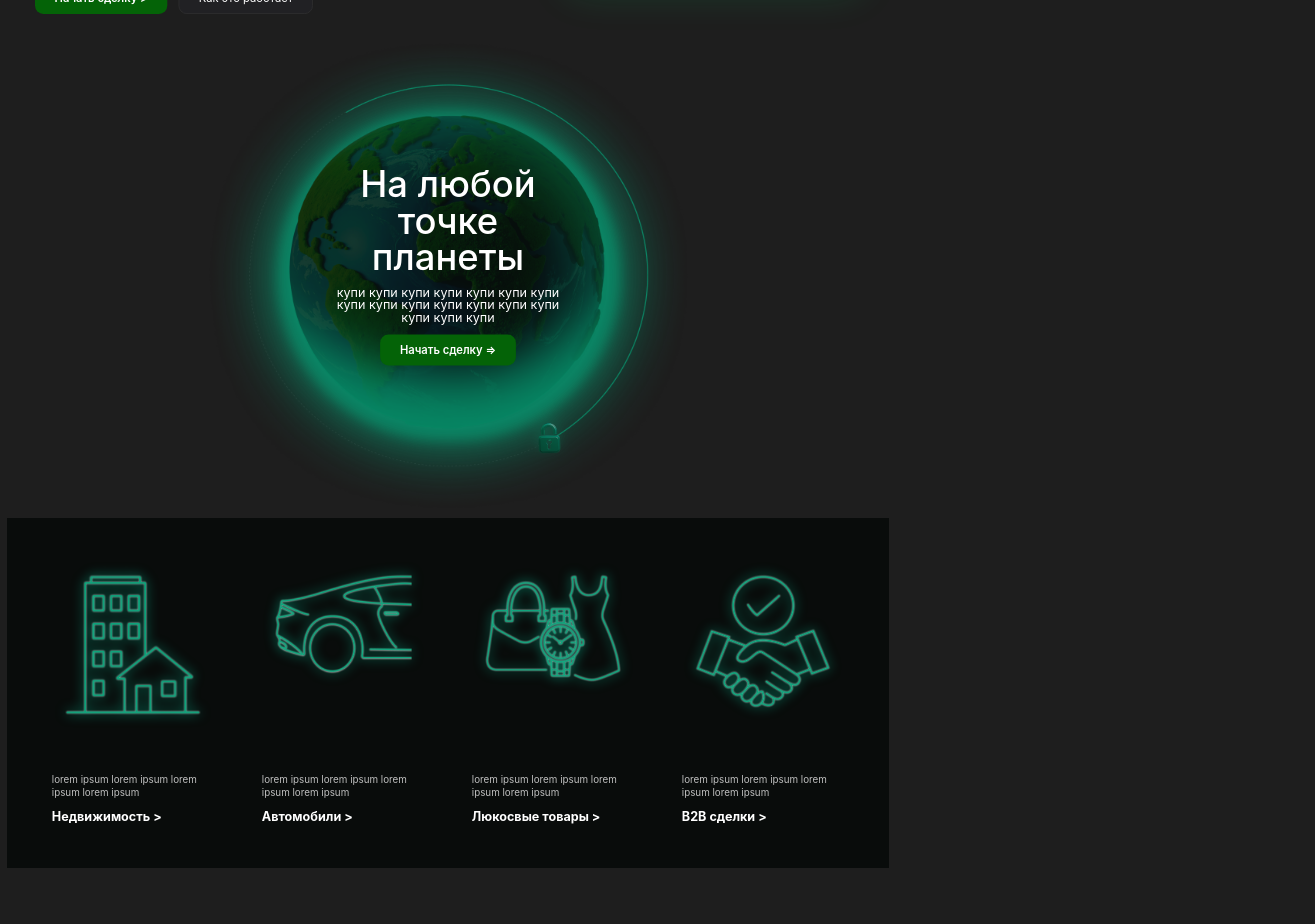
Repository: 1mpuryyyyy/x-port
Page: /x-port/
An editor plug-in stored every save of this project. The page is shown before and after the next save, followed by the edit.
The browser window is 1280 px wide. The page is 1879 px wide, so the pictures cover 1879 px, including what lies to the right of the window. The pictures show the part of the page from y = 2590 to 3910 px (the page is 3910 px tall), at 70% of full size.
The project was rebuilt for these pictures with package versions that can differ from the ones it lists, and the page was loaded fresh each time. Also part of the build but not shown: vite.config.js.

Above is the page before, as saved 2025-10-09 03:18:15.

After the next save:
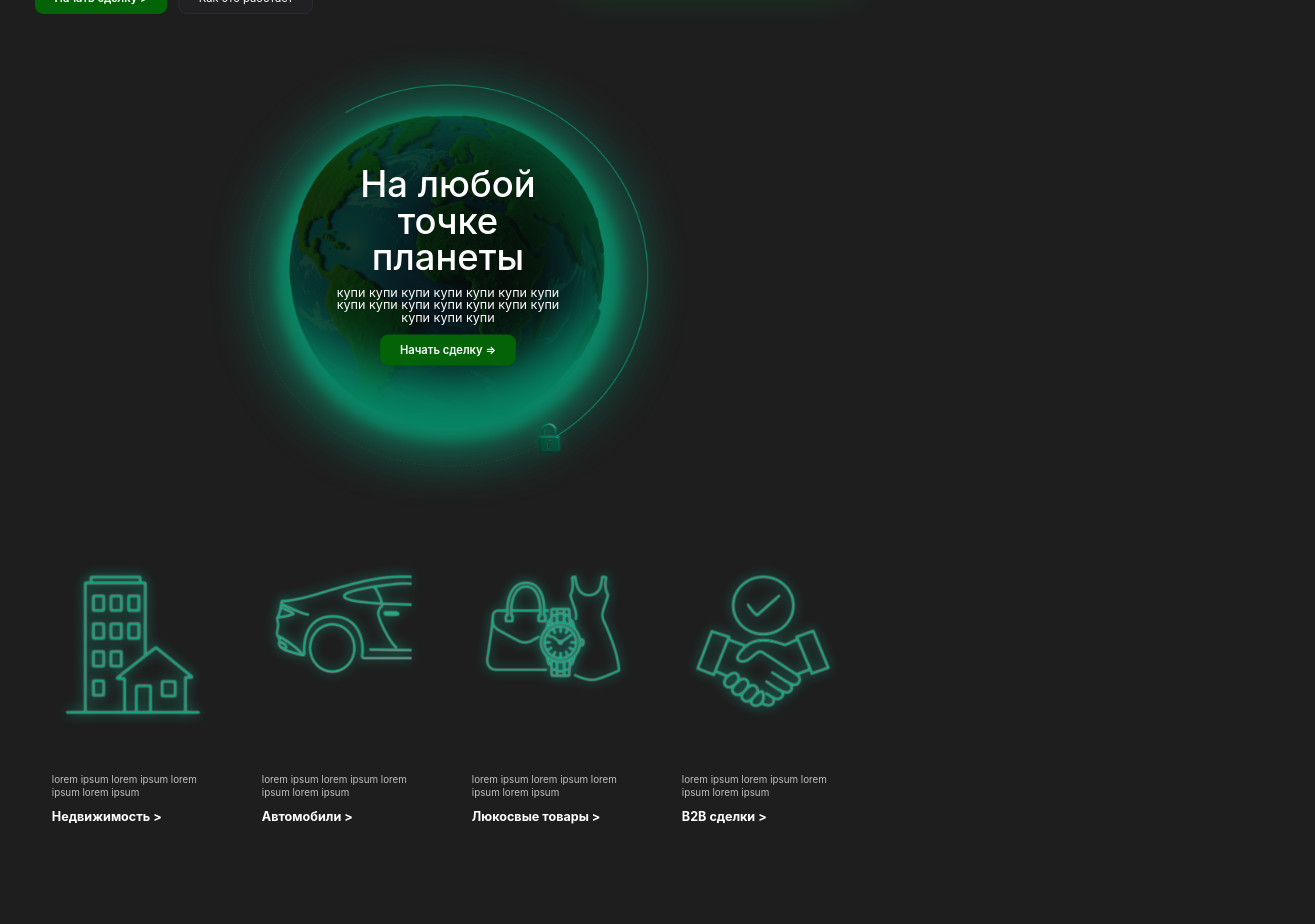
Saved 31 s later.
--- a/src/components/MainPage/MainPage.jsx
+++ b/src/components/MainPage/MainPage.jsx
@@ -77,7 +77,7 @@ export const MainPage = () => {
                     </div>
                 </div>
             </div>
-            <div style={{ display: "flex", gap: "20px", background: "#090C0B", padding: "40px" }}>
+            <div style={{ display: "flex", gap: "20px", padding: "40px" }}>
                 <CardItem
                     imageUrl={house}
                     title="Недвижимость >"
